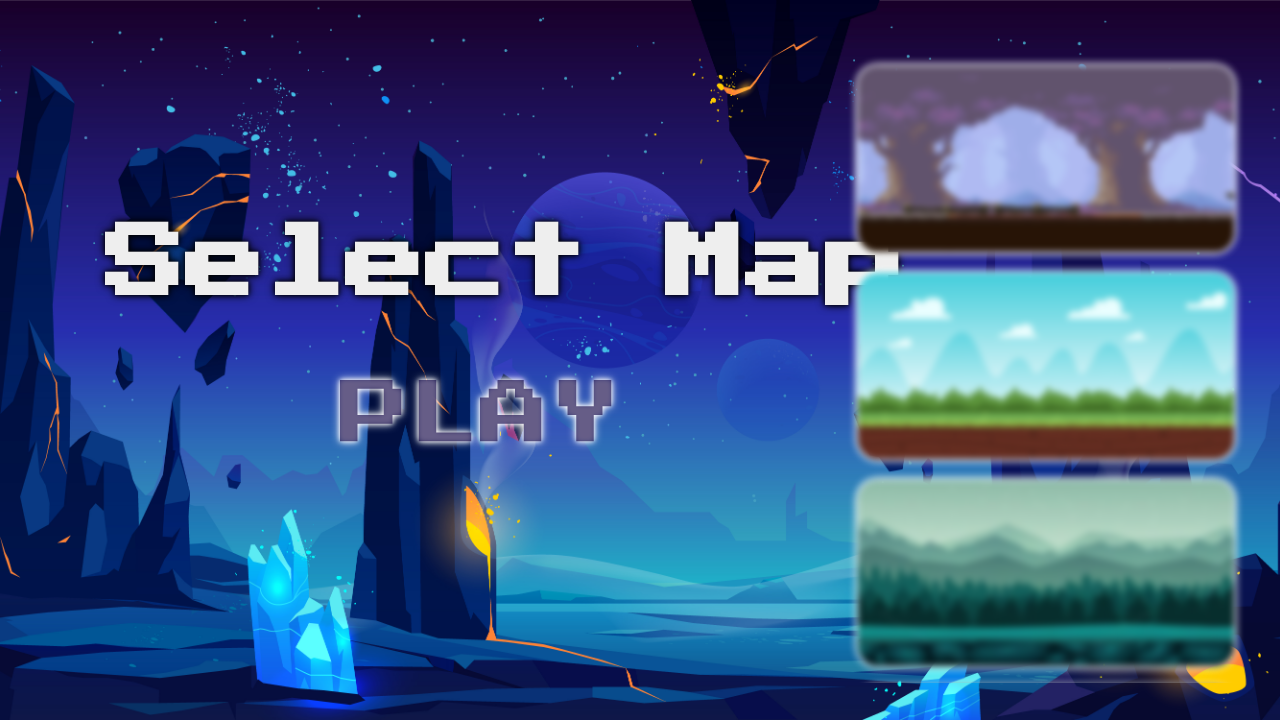
Repository: Gaurav31052/Fighting-game
Page: home.html
These files come from the project's save history. The page is drawn as it stood at one moment and after the next save; the edit follows.
The browser window is 1280 px wide. The pictures show the whole page.
An inner scrolling area shows only its first screen.

Above is the page before, as saved 2024-06-06 23:48:00.

After the next save:
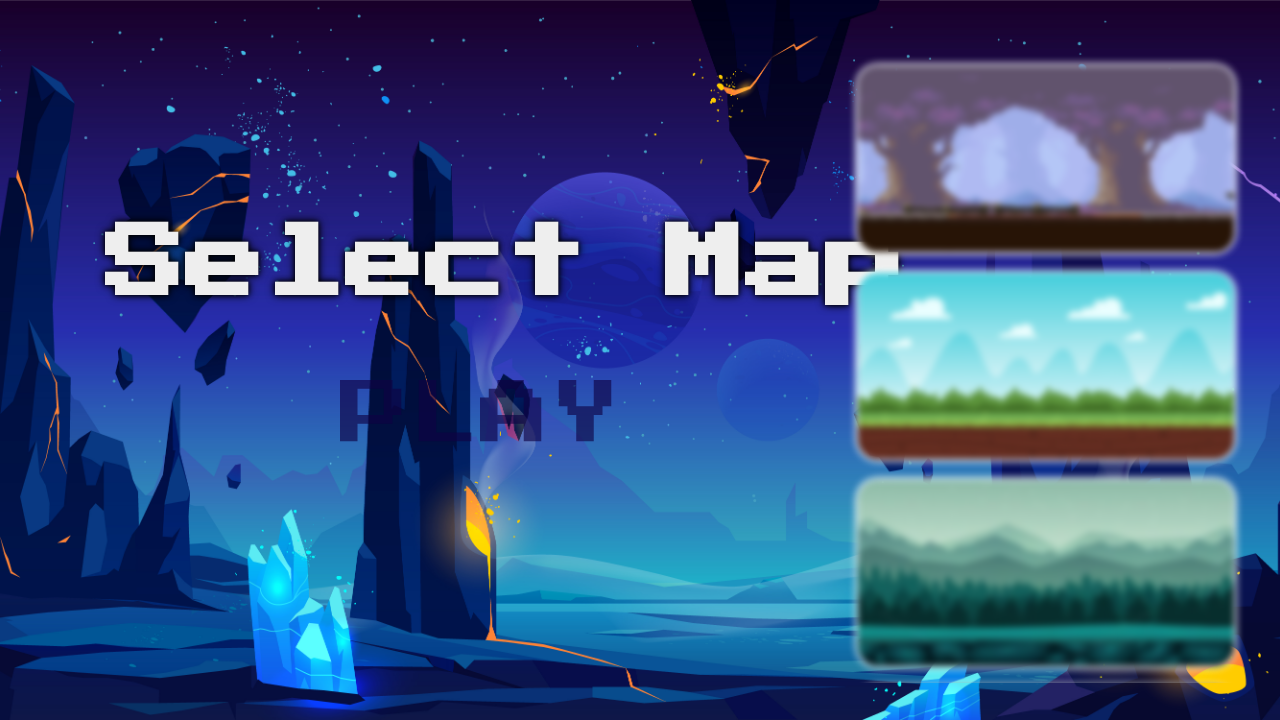
Saved 17 s later.
--- a/style.css
+++ b/style.css
@@ -45,7 +45,7 @@ a {
     font-family: "Press Start 2P", system-ui;
     text-align: center;
     /* padding-top: 100px; */
-    text-shadow: 0 0 10px #fffdfd, 0 0 5px #ffffff;
+    /* text-shadow: 0 0 10px #fffdfd, 0 0 5px #ffffff; */
    padding: 20px;
     background: transparent;
     border: none;

After the save that followed:
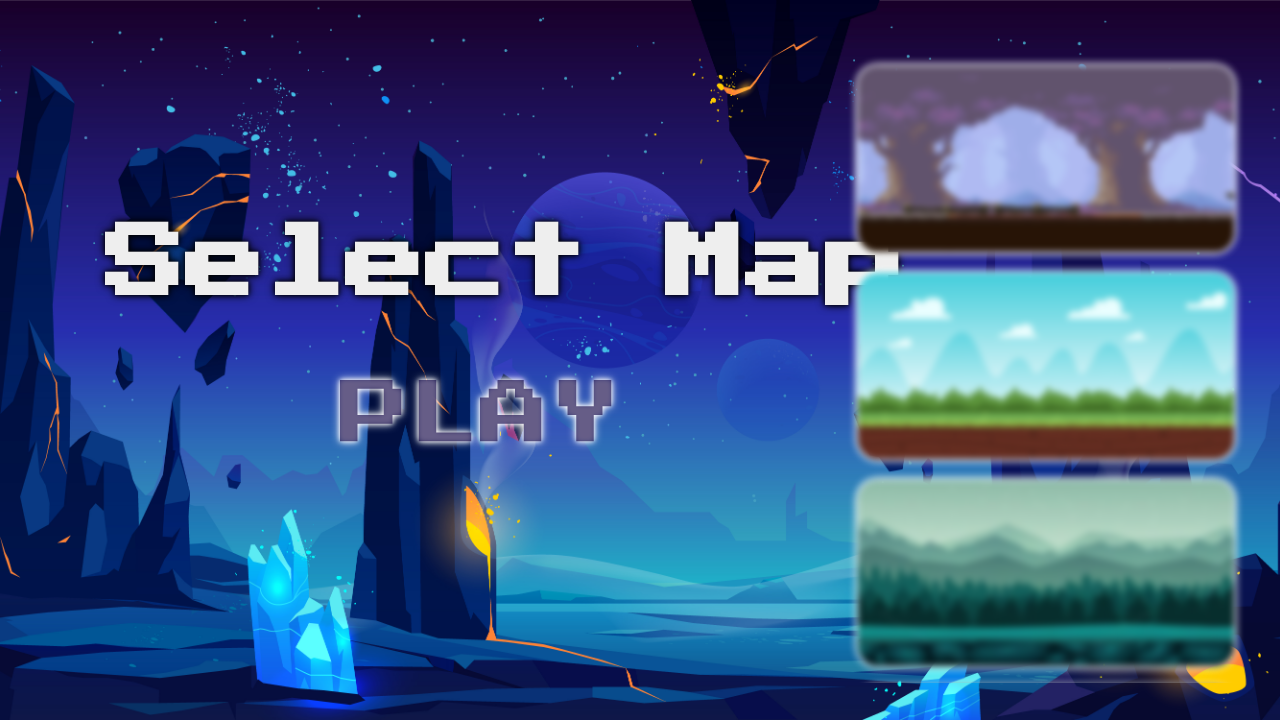
Saved 8 s later.
--- a/style.css
+++ b/style.css
@@ -45,7 +45,7 @@ a {
     font-family: "Press Start 2P", system-ui;
     text-align: center;
     /* padding-top: 100px; */
-    /* text-shadow: 0 0 10px #fffdfd, 0 0 5px #ffffff; */
+    text-shadow: 0 0 10px #fffdfd, 0 0 5px #ffffff;
    padding: 20px;
     background: transparent;
     border: none;
